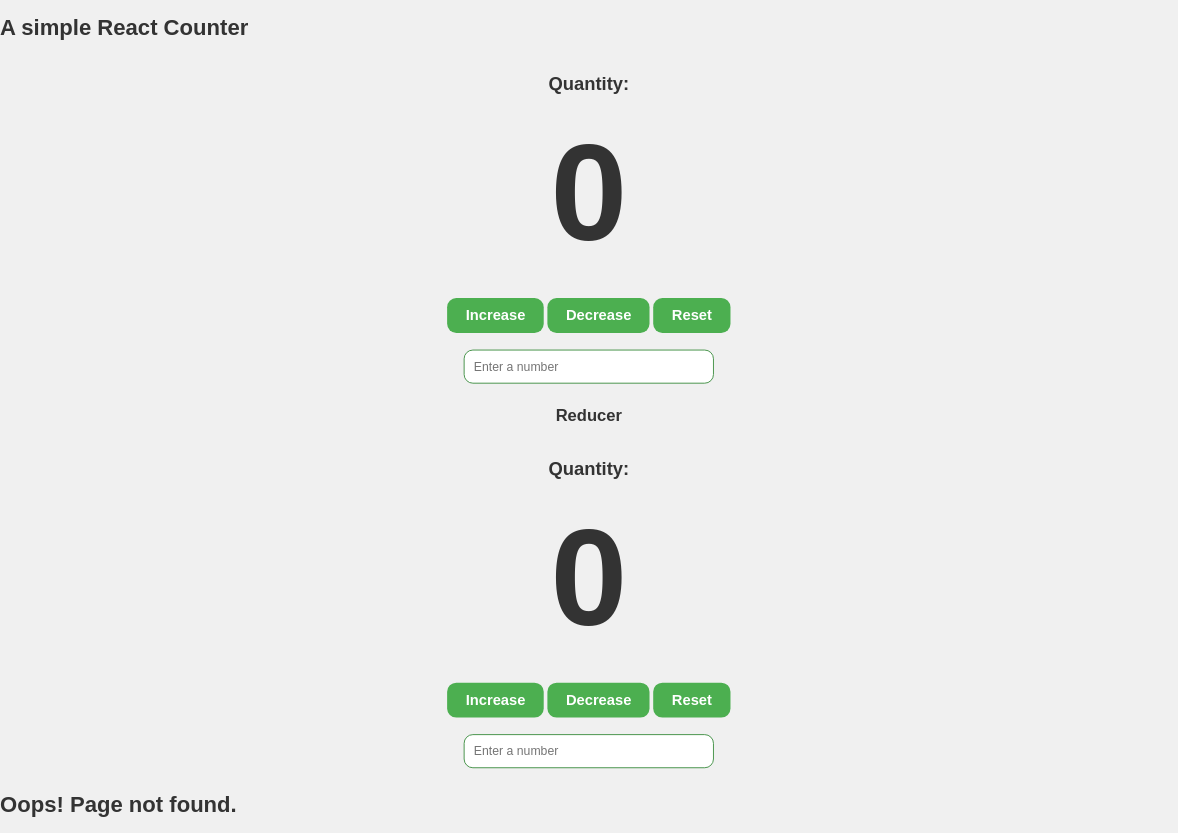
Repository: qudos4real/altschool-second-sem
Page: /
The author's editor kept a copy of each file at every save. The page is drawn from the files as they stood at one save, then again after the next save.
The browser window is 1280 px wide. The pictures show the whole page, at 92% of full size.
The project was rebuilt for these pictures with package versions that can differ from the ones it lists, and the page was loaded fresh each time. Also part of the build but not shown: src/App.css, src/Components/ErrorBoundary.js.

Above is the page before, as saved 2022-11-04 15:20:51.

### src/App.js
import React from 'react';
import Counter from './Components/Counter';
import './App.css';
import Reducer from './Components/Reducer';
import Home from './Components/Home';
import NotFound from './Components/NotFound';
import ErrorBoundary from './Components/ErrorBoundary';
import { BrowserRouter as Router, Route, Routes, Link } from 'react-router-dom';



function App() {
  return (
    <>
    <Home />
    <Counter />
    <Reducer />
    <NotFound />
    <ErrorBoundary />

    </>

    // <Router>
    //   <ErrorBoundary >
    //   <nav>
    //     <Link to="/">Home</Link>
    //     <Link to="counter">Counter</Link>
    //     <Link to="reducer">Reducer</Link>
    //     <Link to="ErrorBoundary">ErrorBoundary</Link>
    //     </nav>
    //   <Routes>
    //     <Route path="/" element={<Home />} />
    //     <Route path="/counter" element={<Counter />} />
    //     <Route path="/reducer" element={<Reducer />} />
    //     <Route path="ErrorBoundary" element={<ErrorBoundary />} />
    //     <Route path="*" element={<NotFound />} />
    //   </Routes>
    //   </ErrorBoundary>
    // </Router>
  )
}

export default App

### src/Components/Counter.js
import React from "react";
import { useCounter } from "../hooks/useCounter";
import "../CSS/Counter.css";

function Counter() {
  const quantity = useCounter(0);
  return (
    <div className="container">
      <h3 className="label ">Quantity: </h3>
      <h3 className="value ">{quantity.count} </h3>
      <br />
      <div>
        <button className="btn " onClick={quantity.increment}>
          Increase
        </button>
        <button className="btn " onClick={quantity.decrement}>
          Decrease
        </button>
        <button className="btn " onClick={quantity.reset}>
          Reset
        </button>
      </div>
      <br />
      <input placeholder="Enter a number" className="input "
        type="number"
        onChange={(e) => quantity.setValue(e.target.value)}
      />
    </div>
  );
}

export default Counter;

### src/Components/Reducer.js
import React from "react";
import { useReducer } from "react";
import { reducer } from "../hooks/reducer.1";
import "../CSS/Counter.css"

function Reducer() {
  const [state, dispatch] = useReducer(reducer, { count: 0 });
  return (
    <div className="container">
      <h2>Reducer</h2>

      <h3 className="label "> Quantity: </h3>
      <h3 className="value ">{state.count}</h3>
      <br />
      <div>
      <button className="btn " onClick={() => dispatch({ type: "increment" })}>Increase</button>
      <button className="btn " onClick={() => dispatch({ type: "decrement" })}>Decrease</button>
      <button className="btn " onClick={() => dispatch({ type: "reset" })}>Reset</button>
      </div>
      <br />
      <input
        type="number" placeholder="Enter a number" className="input "
        onMouseLeave={(e) => dispatch({ type: "setValue", value: e.target.value })}
      />
    </div>
  );
}

export default Reducer;

### src/Components/Home.js
import React from "react";
import { Outlet } from "react-router-dom";

function Home() {
  return (
    <div>
      <h1>A simple React Counter</h1>
        <Outlet />

    </div>
  );
}

export default Home;

### src/Components/NotFound.js
import React from 'react'

const NotFound = () => {
    return (
        <div>
            <h1>
            Oops! Page not found.
            </h1>
        </div>
    )
}

export default NotFound

### src/hooks/useCounter.js
import { useState } from "react";

export const useCounter = (initialValue) => {
    const [count, setCount] = useState(initialValue);
    const increment = () => {
        setCount(count + 1);
    };
    const decrement = () => {
        count > 0 && setCount(count - 1);
    };
    const reset = () => {
        setCount(initialValue);
    };
    const setValue = (value) => {
        setCount(value);
    };
    return { count, increment, decrement, reset, setValue };
};

### src/CSS/Counter.css
body {
    background-color: #f0f0f0;
    font-family: Arial, Helvetica, sans-serif;
    font-size: 12px;
    color: #333;
    margin: 0;
    padding: 0;
    box-sizing: border-box;
}
.container{
    width: 50%;
    max-width: 500px;
    margin: 0 auto;
    padding: 0 20px;
    display: flex;
    justify-content: center;
    align-items: center;
    flex-direction: column;

}
.btn {
    background-color: #4CAF50;
    border: none;
    color: white;
    padding: 10px 20px;
    text-align: center;
    text-decoration: none;
    display: inline-block;
    font-size: 16px;
    margin: 4px 2px;
    cursor: pointer;
    border-radius: 10px;
    font-weight: bold;
}
.btn:hover {
    background-color: #3e8e41;
}
.input{
    width: 50%;
    max-width: 500px;
    padding: 10px;
    border: 1px solid #3e8e41;
    border-radius: 10px;
    margin-bottom: 10px;
}
.label{
    font-size: 20px;
    font-weight: bold;
    margin-bottom: 10px;

}
.value{
    font-size: 150px;
    font-weight: bold;
    margin-bottom: 10px;
    margin-top: 10px;

    }

### src/hooks/reducer.1.js
export function reducer(state, action) {
    switch (action.type) {
        case "increment":
            return { count: state.count + 1 };
        case "decrement":
            return { count: state.count - 1 };
        case "reset":
            return { count: 0 };
        case "setValue":
            return { count: action.value };
        default:
            return state;
    }
}

Loaded but not shown: public/index.html (common file); src/index.js (common file); src/index.css (common file); src/reportWebVitals.js (common file)

After the next save:
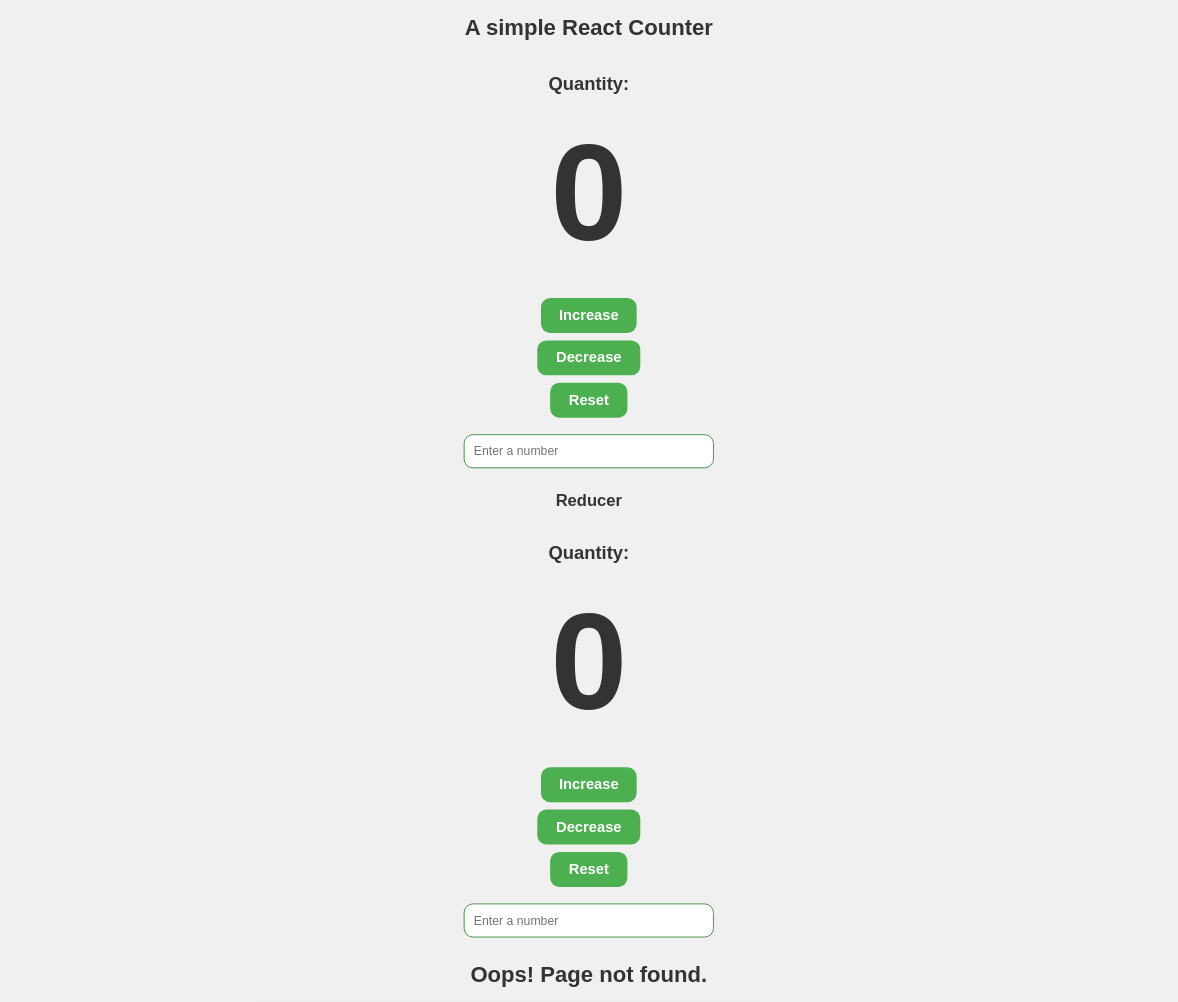
Saved 87 s later.
--- a/src/CSS/Counter.css
+++ b/src/CSS/Counter.css
@@ -56,3 +56,9 @@ body {
     margin-top: 10px;
 
     }
+    div{
+        display: flex;
+        justify-content: center;
+        align-items: center;
+        flex-direction: column;
+    }
